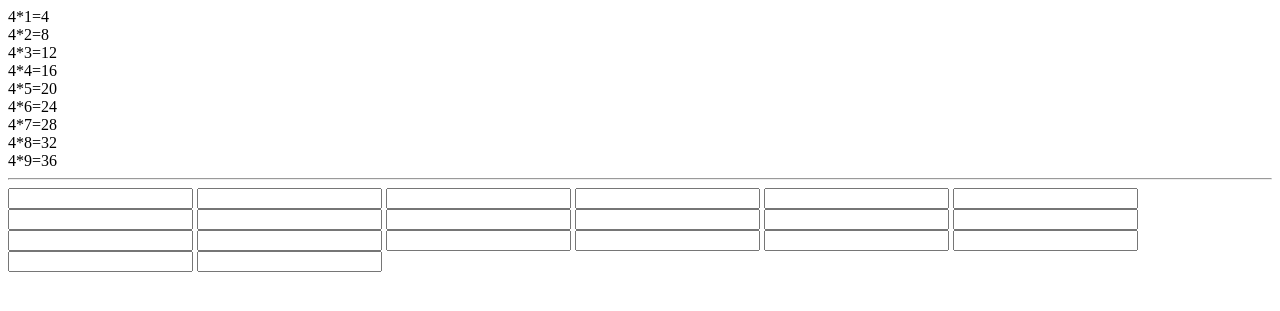
Repository: umhayun/myJSP
Page: http://localhost/basicJSP/scriptlet2.jsp
These files come from the project's save history. The page is drawn as it stood at one moment and after the next save; the edit follows.
The browser window is 1280 px wide. The pictures show the whole page.
The page is served by Tomcat 9.

Above is the page before, as saved 2022-01-18 03:38:27.

After the next save:
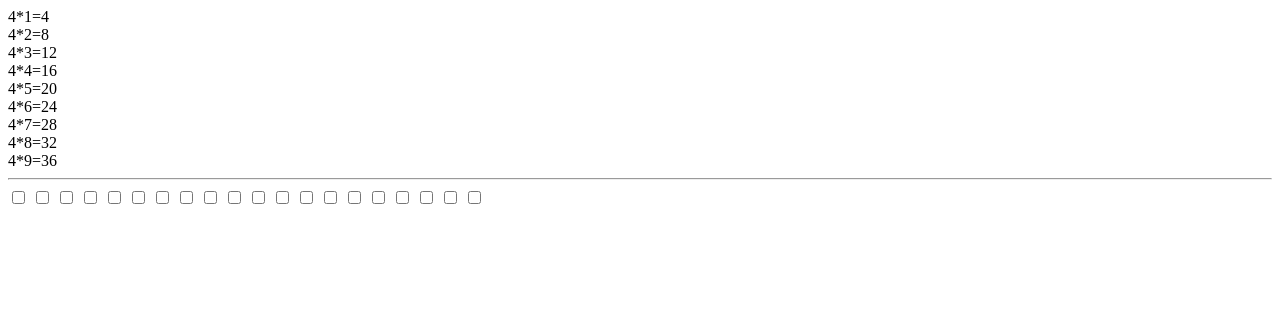
Saved 11 s later.
--- a/basicJSP/src/main/webapp/scriptlet2.jsp
+++ b/basicJSP/src/main/webapp/scriptlet2.jsp
@@ -24,7 +24,7 @@ while(true){
 
 //1. 체크박스 20개 for문 이용하여 가로로 생성
 for(int j=1;j<=20;j++){
-	out.println("<input>");
+	out.println("<input type=checkbox>");
 }
 
 %>
